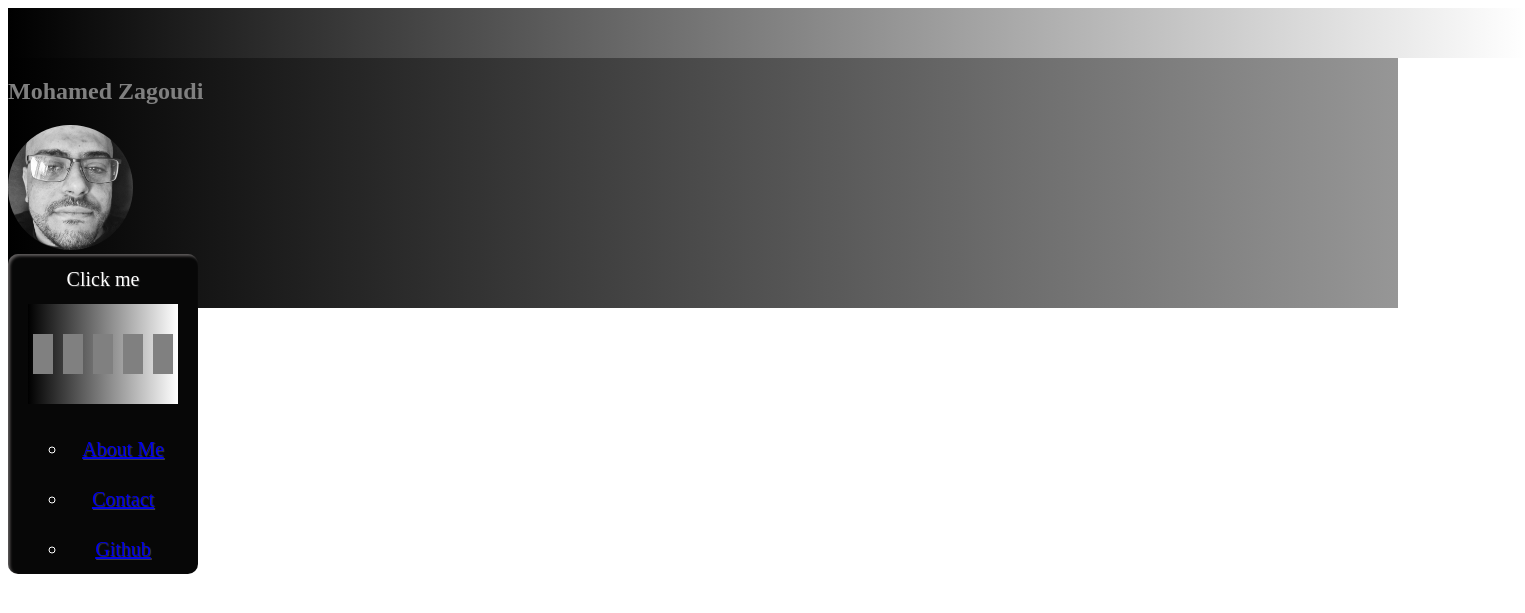
Repository: Mohzagou/Eersteportofolio
Page: index.html
The author's editor kept a copy of each file at every save. The page is drawn from the files as they stood at one save, then again after the next save.
The browser window is 1280 px wide. The page is 1525 px wide, so the pictures cover 1525 px, including what lies to the right of the window. The pictures show the whole page.

Above is the page before, as saved 2022-06-07 23:59:54.

After the next save:
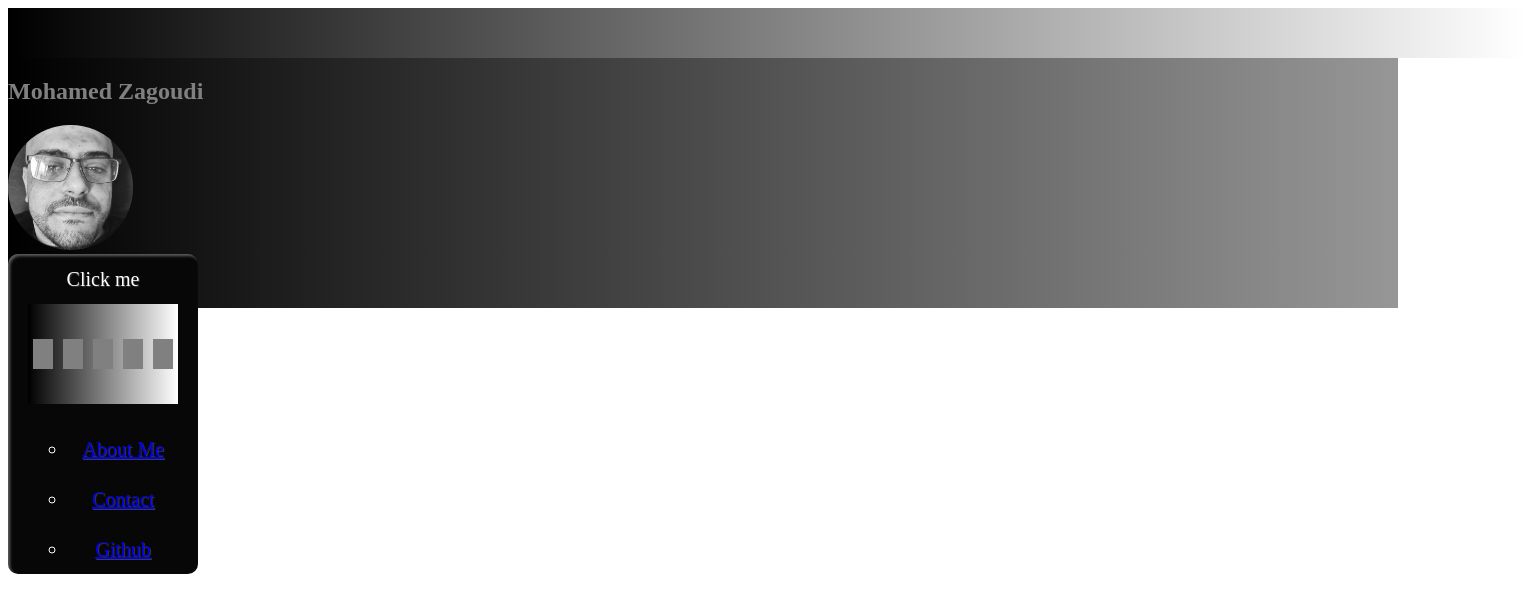
Saved 2 min 39 s later.
--- a/styles.css
+++ b/styles.css
@@ -41,8 +41,8 @@
                             }
 
                             .test {
-                                width: 40px;
-                                height: 40px;
+                                width: 30px;
+                                height: 30px;
                                 background-color: grey;
                                 margin: 5px;
                             }
